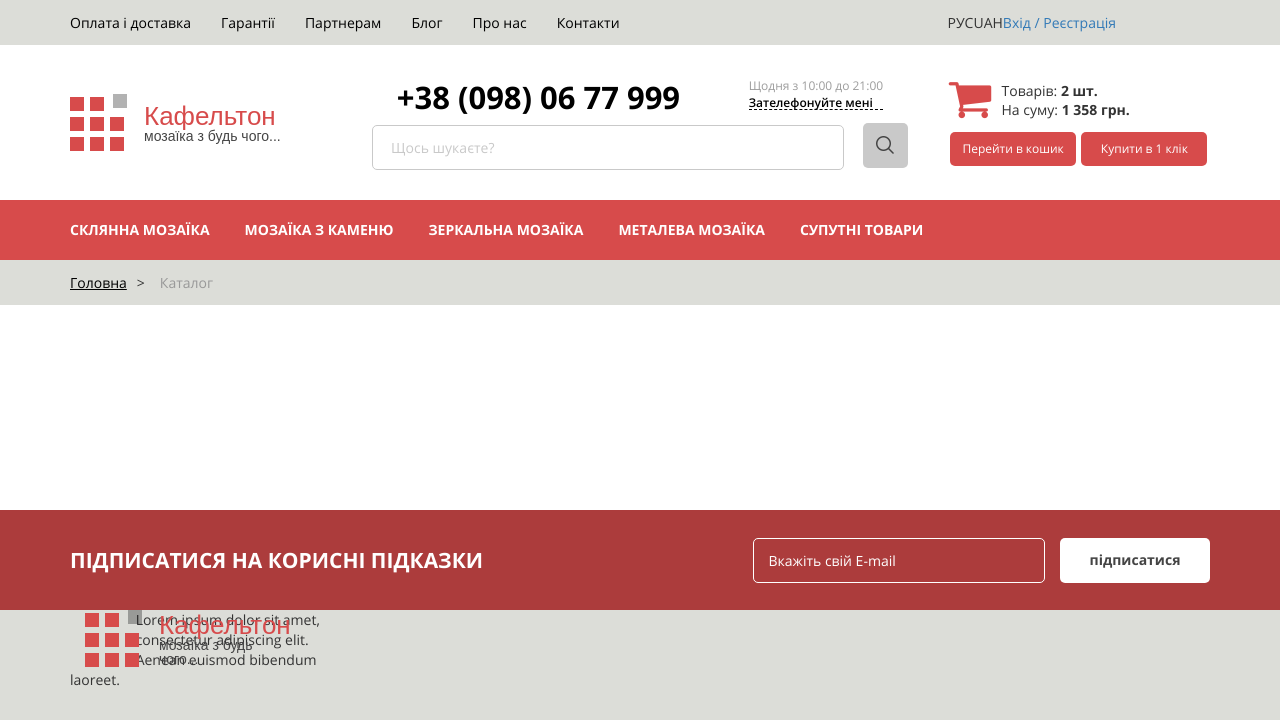
Repository: zellenka/mozaika
Page: app/index.html
These files come from the project's save history. The page is drawn as it stood at one moment and after the next save; the edit follows.
The browser window is 1280 px wide. The pictures show the whole page.
Some web fonts or font styles are not loaded; a fallback is used. The style sheet was rebuilt from its Sass, Less or Tailwind sources for each picture, by a compiler version that may differ from the author's.

Above is the page before, as saved 2018-07-13 16:10:29.
Console error (its wording comes from the project's code and is left out).

After the next save:
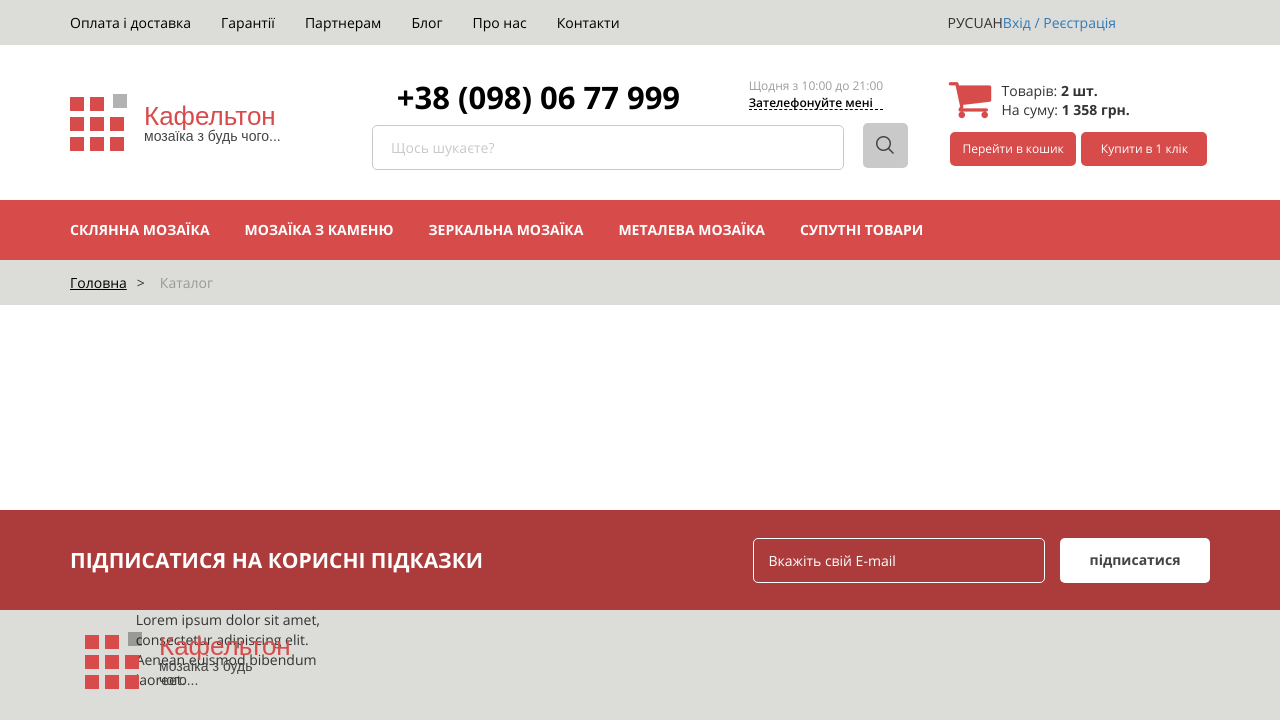
Saved 24 s later.
--- a/app/sass/main.sass
+++ b/app/sass/main.sass
@@ -280,3 +280,7 @@ ul
     border: none
     min-width: 150px
     height: 45px
+
+.footer-block__social
+    .header__middle-logo
+        height: 100px
